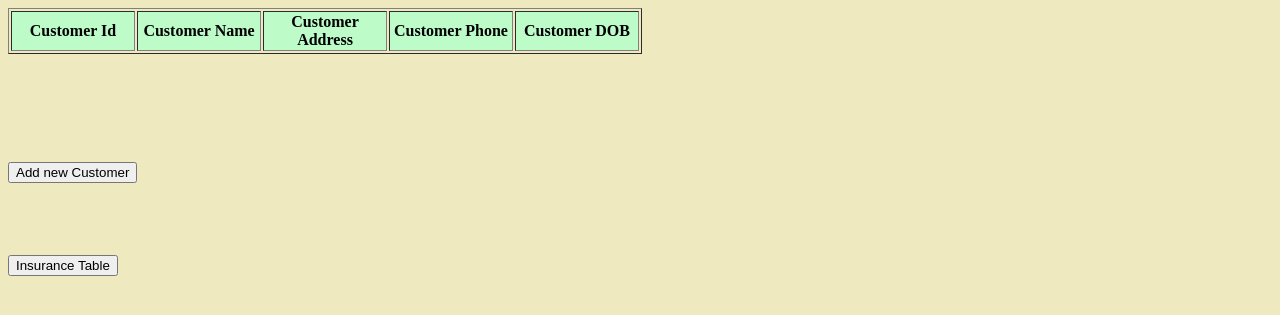
Repository: ankitasha/HomeProject
Page: http://localhost/insurance/WEB-INF/views/allcustomers.jsp
An editor plug-in stored every save of this project. The page is shown before and after the next save, followed by the edit.
The browser window is 1280 px wide. The pictures show the whole page.
The page is served by Tomcat 9. Nobody is signed in. Other server files are loaded and not shown. The template is opened directly, without the code that normally fills it, so the values that code supplies are empty.

Above is the page before, as saved 2017-05-05 08:12:16.

### insurance/src/main/webapp/WEB-INF/views/allcustomers.jsp
<%@ page language="java" contentType="text/html; charset=ISO-8859-1"
    pageEncoding="ISO-8859-1"%>
<!DOCTYPE html PUBLIC "-//W3C//DTD HTML 4.01 Transitional//EN" "http://www.w3.org/TR/html4/loose.dtd">
<%@ taglib uri="http://java.sun.com/jsp/jstl/core" prefix="c" %>
<html>
<head>
<meta http-equiv="Content-Type" content="text/html; charset=ISO-8859-1">
<title>All Customers</title>
<style type="text/css">

	#button {
     line-height: 12px;
     padding:5px;
     width: 100px;
     font-size: 8pt;
     font-family: tahoma;
     margin-top: 1px;
     margin-right: 0px;
     position:absolute;
     top:0;
     right:0;
 	}

 	#menu {
     line-height: 12px;
     padding:5px;
     width: 100px;
     font-size: 8pt;
     font-family: tahoma;
     margin-top: 1px;
     margin-right: 120px;
     position:absolute;
     top:0;
     right:0;
 	}

 	#row{
 	background-color: #C1C1C1;
 	}
</style>
</head>
<body style="background-color: #EEE9BF">
<table border="1">
  	<tr style="background-color: #BDFCC9">
  	    <th width="120">Customer Id</th>
    	<th width="120">Customer Name</th>
    	<th width="120">Customer Address</th>
    	<th width="120">Customer Phone</th>
    	<th width="120">Customer DOB</th>
   	</tr>
 <c:forEach var="allcustomers" items="${allcustomers}" varStatus="status">
    <tr>
       <td id="row">${allcustomers.customerId}</td>
       <td id="row">${allcustomers.name}</td>
       <td id="row">${allcustomers.address}</td>
       <td id="row">${allcustomers.phone}</td>
       <td id="row">${allcustomers.dob}</td>
       <td style="background-color: #5CACEE"><a href="viewinsurance/${allcustomers.customerId}">view</a></td>
 	  <td style="background-color: #5CACEE"><a href="edit/${allcustomers.customerId}">edit</a></td>
	  <td style="background-color: #F08080"><a href="delete/${allcustomers.customerId}">delete</a></td>

   </tr>
</c:forEach>
</table>
    <br>
    <br>
    <br>
    <br>
    <br>
    <br>
    <form method="get" action="add">
    	<button id="add" type="submit">Add new Customer</button>
    </form>
     <br>
    <br>
    <br>
    <br>
  	<form method="get" action="allinsurance">
    	<button id="allinsurance" type="submit">Insurance Table</button>
    </form>
</body>
</html>

After the next save:
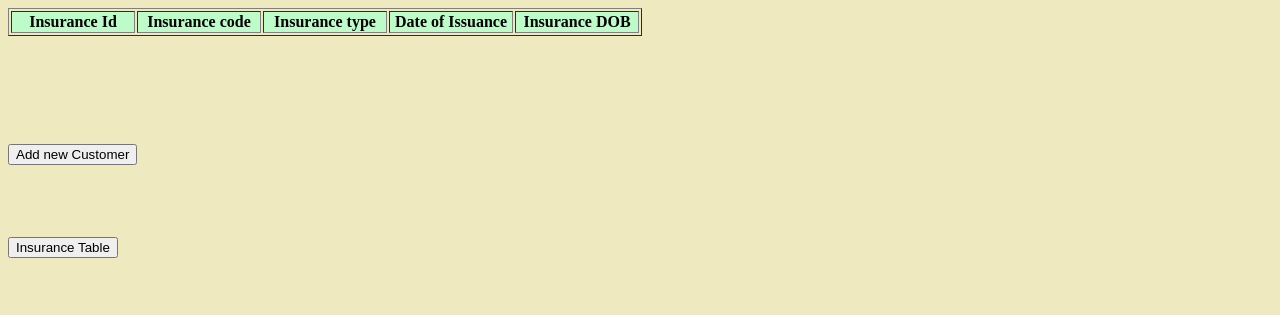
Saved 109 s later.
--- a/insurance/src/main/webapp/WEB-INF/views/allcustomers.jsp
+++ b/insurance/src/main/webapp/WEB-INF/views/allcustomers.jsp
@@ -42,11 +42,11 @@
 <body style="background-color: #EEE9BF">
 <table border="1">
   	<tr style="background-color: #BDFCC9">
-  	    <th width="120">Customer Id</th>
-    	<th width="120">Customer Name</th>
-    	<th width="120">Customer Address</th>
-    	<th width="120">Customer Phone</th>
-    	<th width="120">Customer DOB</th>
+  	    <th width="120">Insurance Id</th>
+    	<th width="120">Insurance code</th>
+    	<th width="120">Insurance type</th>
+    	<th width="120">Date of Issuance</th>
+    	<th width="120">Insurance DOB</th>
    	</tr>
  <c:forEach var="allcustomers" items="${allcustomers}" varStatus="status">
     <tr>
